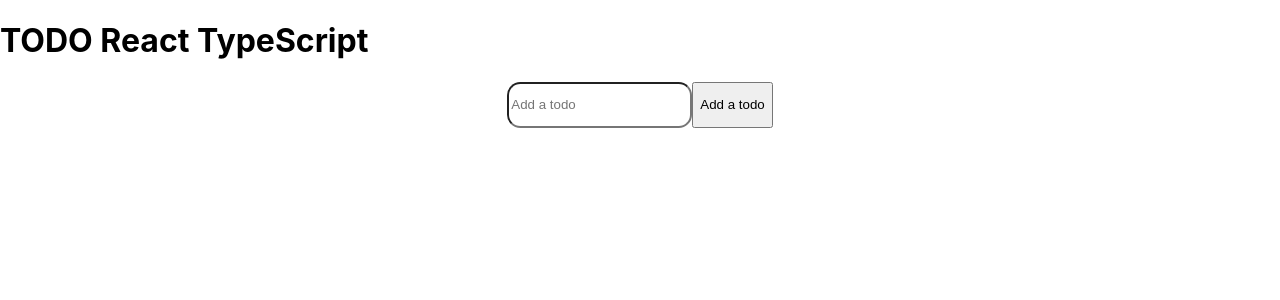
Repository: gligor99/todo-ts-react
Page: /
An editor plug-in stored every save of this project. The page is shown before and after the next save, followed by the edit.
The browser window is 1280 px wide. The pictures show the whole page.
The project was rebuilt for these pictures with package versions that can differ from the ones it lists, and the page was loaded fresh each time. Also part of the build but not shown: src/components/TodoListItem.tsx.

Above is the page before, as saved 2021-11-19 21:27:27.

After the next save:
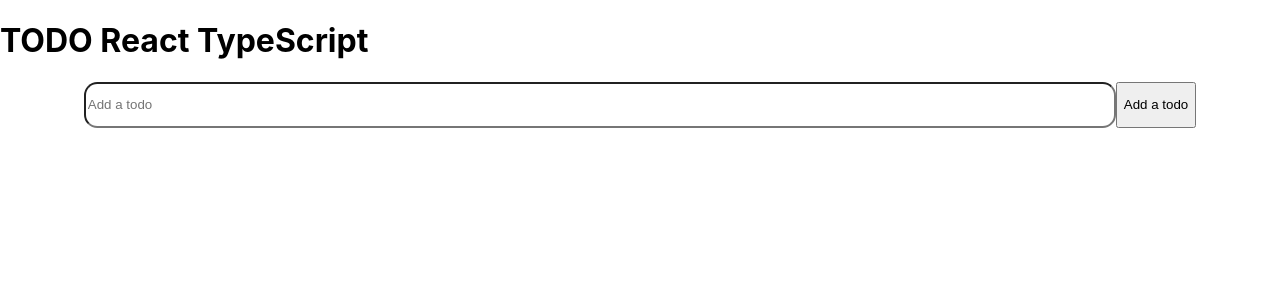
Saved 13 s later.
--- a/src/App.css
+++ b/src/App.css
@@ -5,4 +5,5 @@
 .todo-input {
     height: 3em;
     border-radius: 1em;
+    width: 80%;
 }
